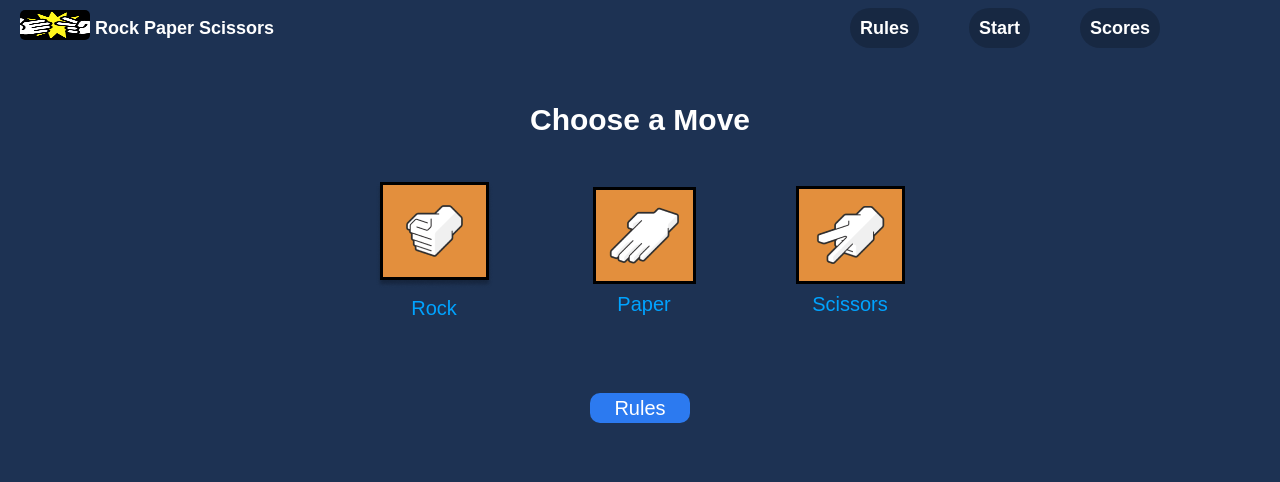
Repository: MikkyPrestige/rock-paper-scissors
Page: game.html
The author's editor kept a copy of each file at every save. The page is drawn from the files as they stood at one save, then again after the next save.
The browser window is 1280 px wide. The pictures show the whole page.

Above is the page before, as saved 2023-05-08 06:50:42.

After the next save:
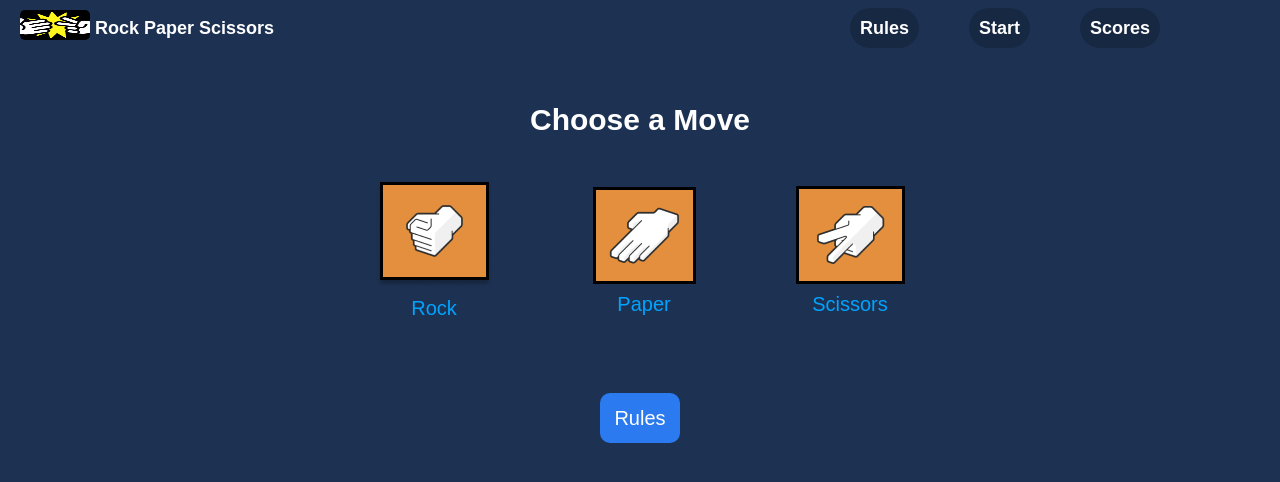
Saved 9 s later.
--- a/index.css
+++ b/index.css
@@ -291,8 +291,8 @@ li a:hover {
 }
 
 .rule--btn {
-  width: 10rem;
-  height: 3rem;
+  width: 8rem;
+  height: 5rem;
   background: #2C7AF0;
   border-radius: 1rem;
   -webkit-border-radius: 1rem;
